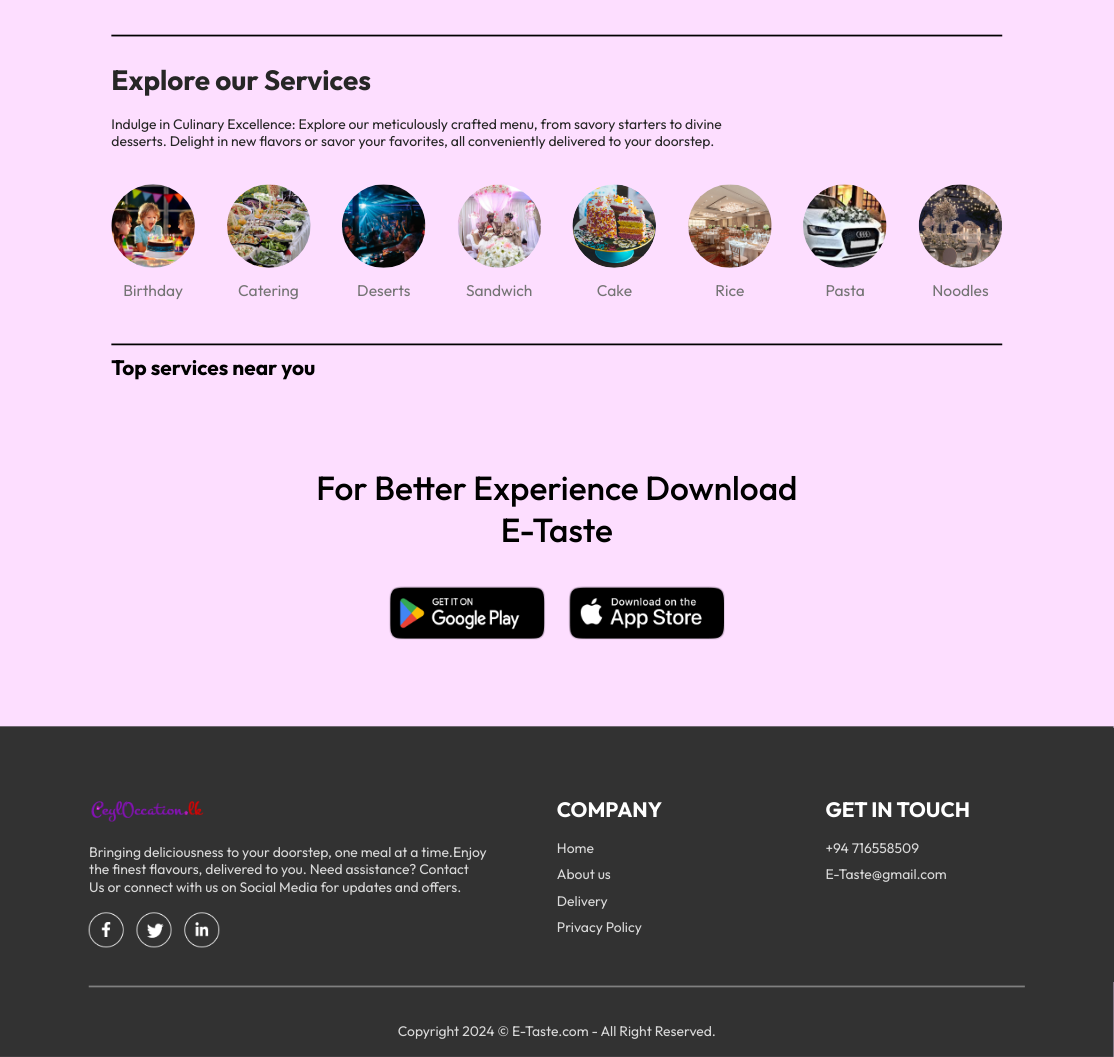
Repository: Abhiranda/Ceyloccation.lk
Page: / (app in frontend/)
An editor plug-in stored every save of this project. The page is shown before and after the next save, followed by the edit.
The browser window is 1280 px wide. The pictures show the part of the page from y = 624 to 1839 px (the page is 1839 px tall), at 87% of full size.
The page's requests for data from a server got no answer. The project was rebuilt for these pictures with package versions that can differ from the ones it lists, and the page was loaded fresh each time. No one was signed in, and anything a server would have sent is missing. Also part of the build but not shown: frontend/vite.config.js, frontend/src/pages/PlaceOrder/PlaceOrder.css, frontend/src/pages/PlaceOrder/PlaceOrder.jsx, frontend/src/components/ServiceDisplay/ServiceDisplay.css, frontend/src/components/ServiceItem/ServiceItem.css, frontend/src/components/ServiceItem/ServiceItem.jsx, frontend/src/pages/Cart/Cart.css, frontend/src/pages/Cart/Cart.jsx and 6 more.

Above is the page before, as saved 2024-06-07 13:58:32.

After the next save:
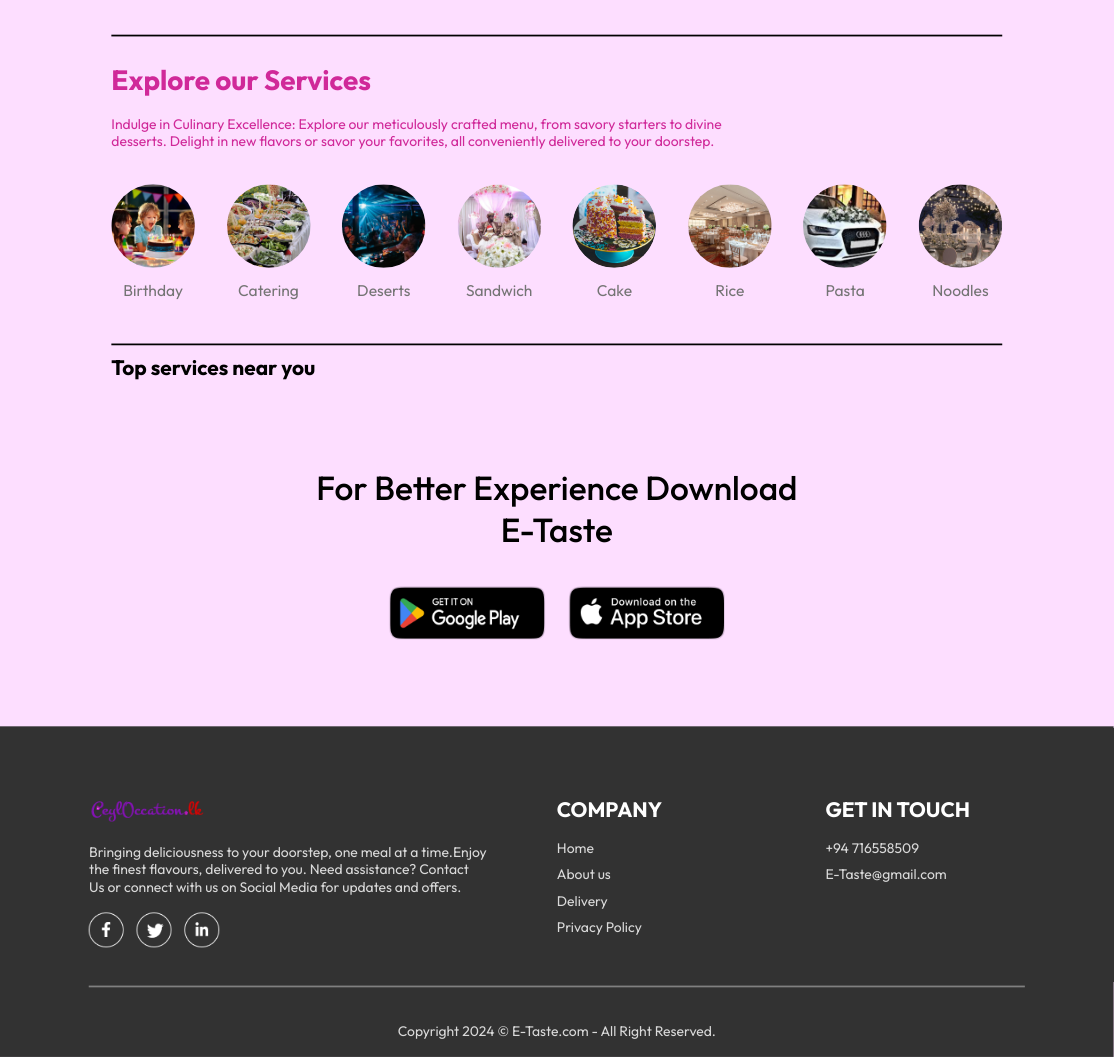
Saved 18 s later.
--- a/frontend/src/components/ExploreMenu/ExploreMenu.css
+++ b/frontend/src/components/ExploreMenu/ExploreMenu.css
@@ -6,7 +6,7 @@
 }
 
 .explore-menu{
-    color: #262626;
+    color: #d02999;
     font-weight: 400px;
 }
 
